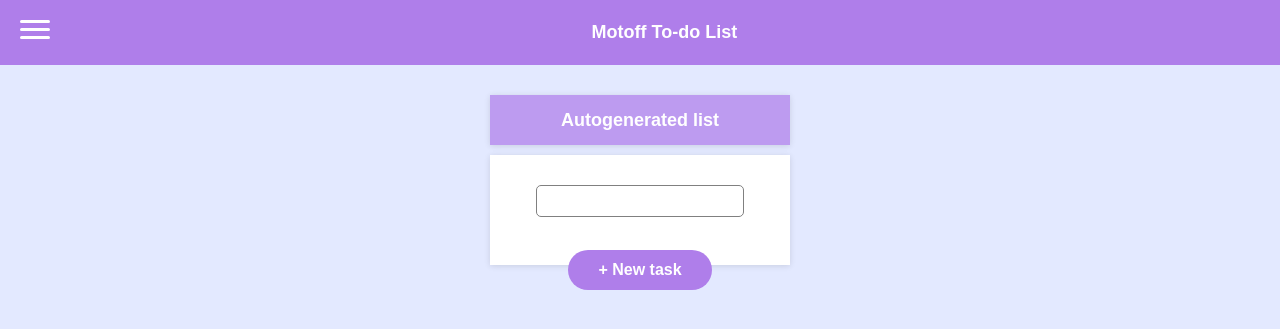
Repository: Amad-Mlinka/Todo-List-Vanilla-JS
Page: index.html
An editor plug-in stored every save of this project. The page is shown before and after the next save, followed by the edit.
The browser window is 1280 px wide. The pictures show the whole page.
The page's requests for data from a server got no answer.

Above is the page before, as saved 2021-09-15 15:24:10.

After the next save:
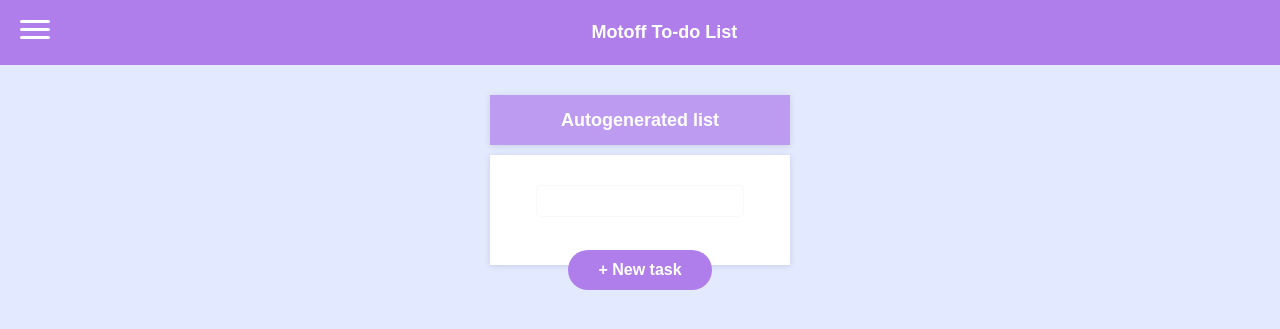
Saved 11 s later.
--- a/styles/style.css
+++ b/styles/style.css
@@ -126,5 +126,5 @@
  height: 30px;
  width: 100%;
  border-radius: 5px;
- border: 1px solid gray;
+ border: 1px solid #f9f9f7;
 }

After the save that followed:
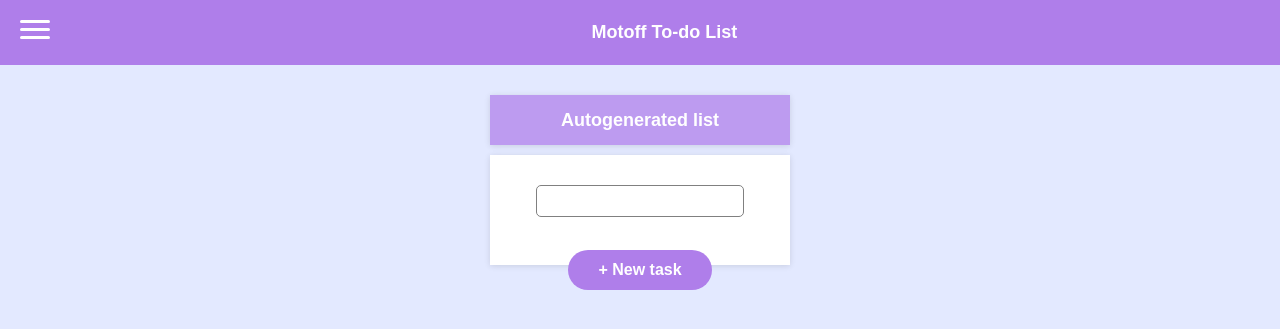
Saved 11 s later.
--- a/styles/style.css
+++ b/styles/style.css
@@ -126,5 +126,5 @@
  height: 30px;
  width: 100%;
  border-radius: 5px;
- border: 1px solid #f9f9f7;
+ border: 1px solid gray;
 }
